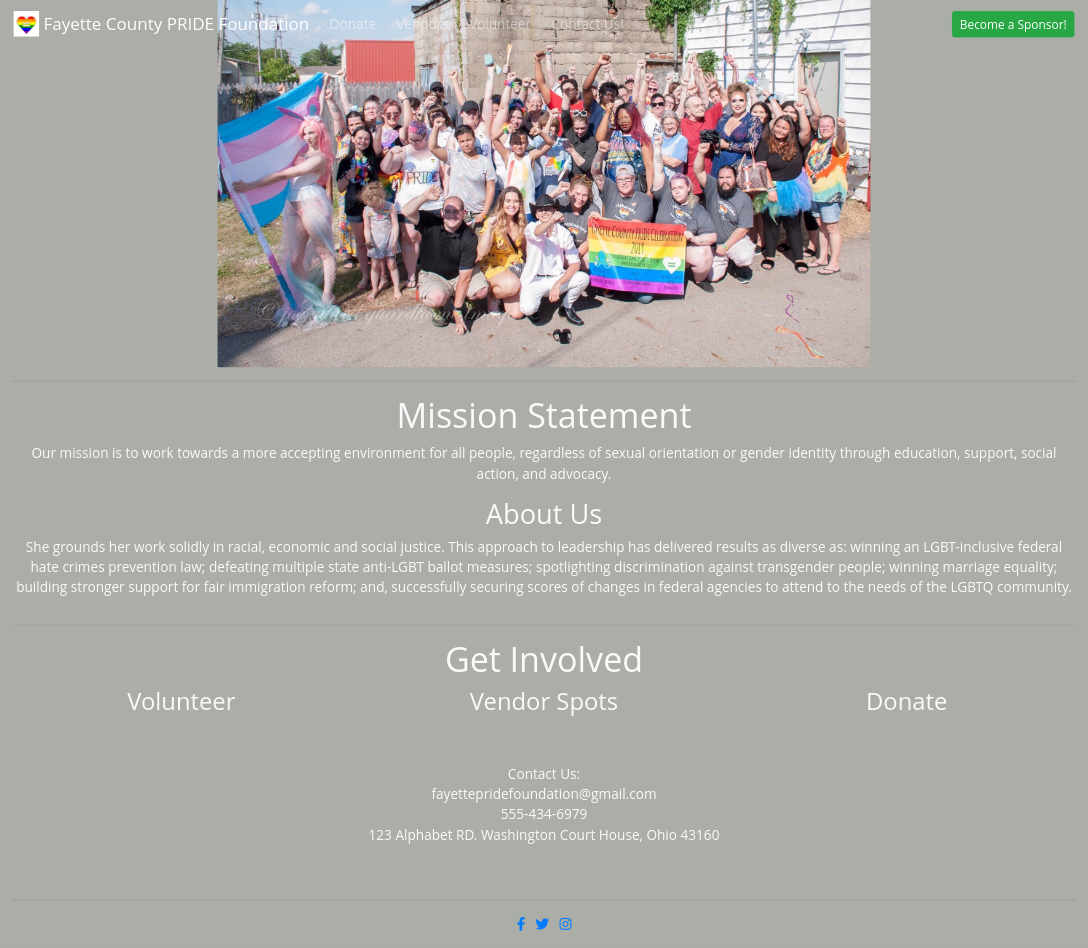
Repository: Code-Institute-Submissions/https-github.com-callendera-Milestone-Project-2
Page: index.html
The author's editor kept a record of every edit. The page is drawn from the files as they stood at one moment, then again after the next edit.
The browser window is 1280 px wide. The pictures show the whole page, at 85% of full size.
Backgrounds fixed to the window are drawn as part of the page. Some web libraries are served in a nearby version.

Above is the page before.

After the next edit:
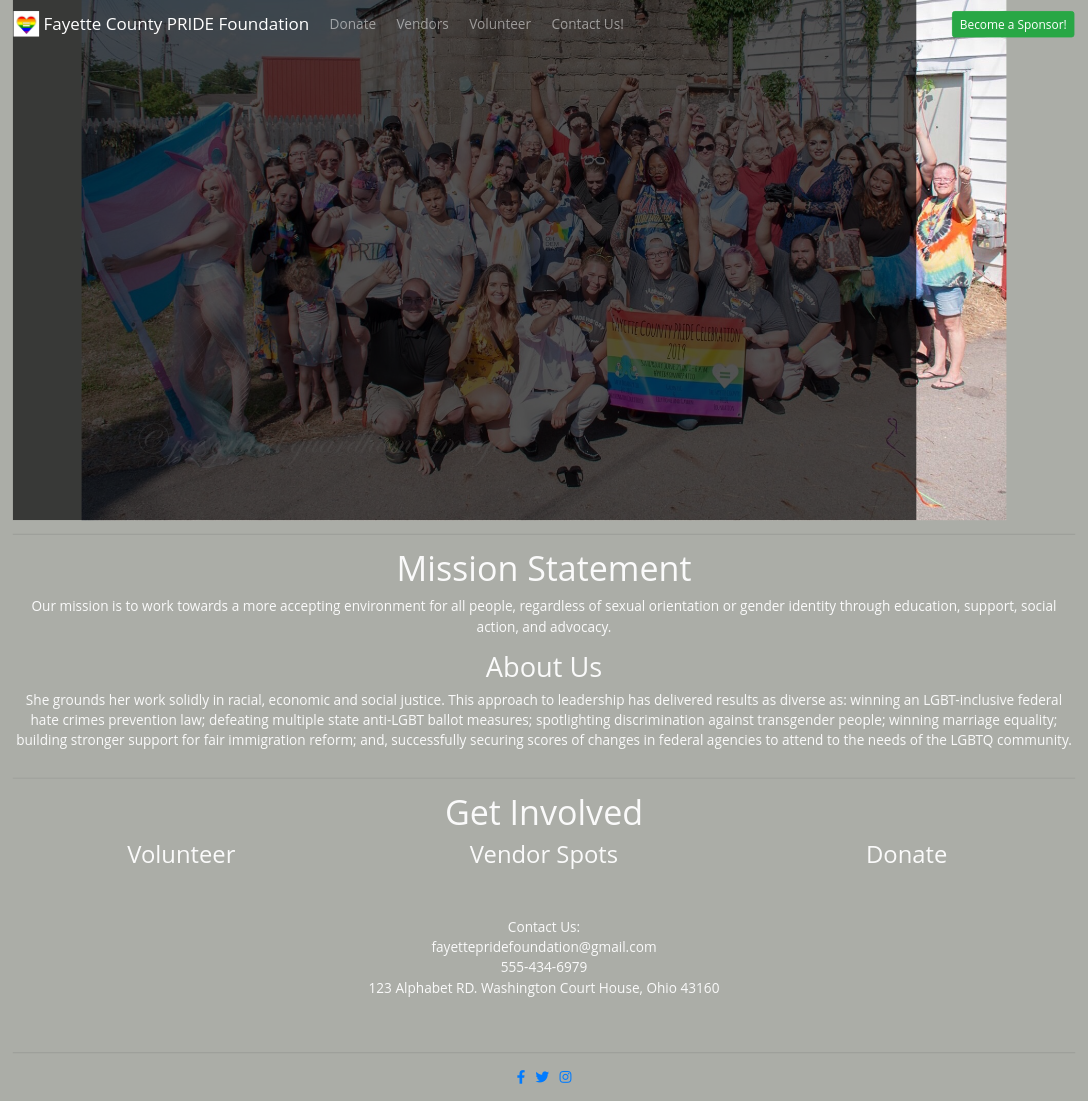
The edit:
--- a/assets/css/style.css
+++ b/assets/css/style.css
@@ -20,5 +20,21 @@
     align-items: center;
     justify-content: center;
     /*--- the height that container will take up in the viewport ---*/
-    height: 60vh;
+    height: 85vh;
 }
+
+.opaque-overlay {
+    /*---positioned relative to the nearest positioned ancestor---*/
+    position: absolute;
+    top: 0;
+    left: 0;
+    /*--- size of overlay is 100% of container ---*/
+    height: 100%;
+    width: 85%;
+    /*--- color of background to be grey but almost transparent to make white text stand out ---*/
+    background-color: rgba(0, 0, 0, 0.67);
+
+    /*---pulls content forward to be visible on Z-index axis---*/
+    z-index: 1;
+
+}
